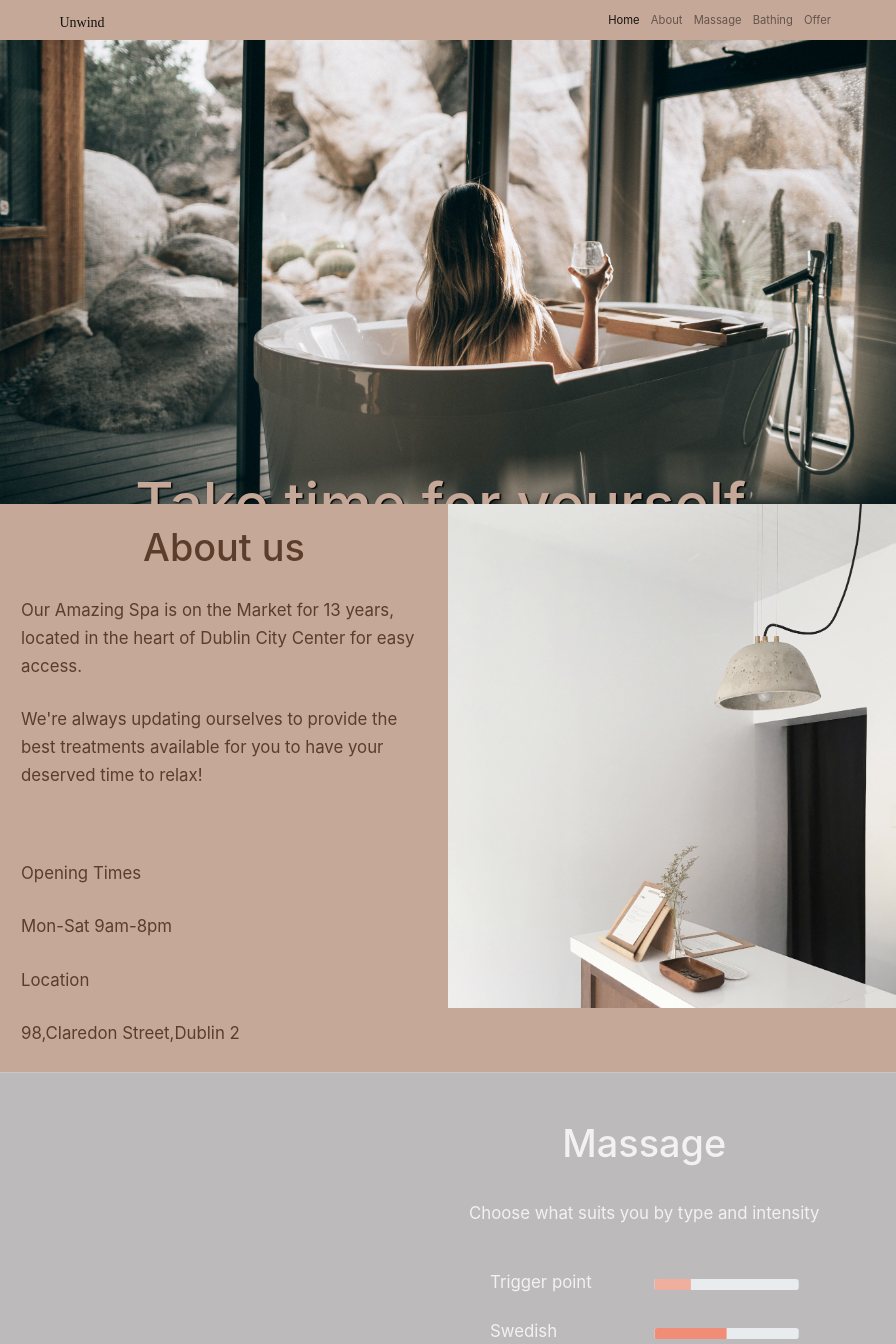
Repository: Code-Institute-Submissions/spa-website
Page: index.html
The author's editor kept a record of every edit. The page is drawn from the files as they stood at one moment, then again after the next edit.
The browser window is 1280 px wide. The pictures show the part of the page from y = 0 to 1920 px (the page is 5148 px tall), at 70% of full size.
An inner scrolling area shows only its first screen. Backgrounds fixed to the window are drawn as part of the page. Some web libraries are served in a nearby version.

Above is the page before.

### index.html
<!DOCTYPE html>
<html lang="en">

<head>
  <meta charset="UTF-8">
  <meta name="viewport" content="width=device-width, initial-scale=1.0">
  <meta http-equiv="X-UA-Compatible" content="ie=edge">
  <link rel="stylesheet" href="./libraries/bootstrap.min.css" type="text/css" />
  <link rel="stylesheet" href="https://use.fontawesome.com/releases/v5.1.1/css/all.css" integrity="sha384-O8whS3fhG2OnA5Kas0Y9l3cfpmYjapjI0E4theH4iuMD+pLhbf6JI0jIMfYcK3yZ" crossorigin="anonymous">
  <link href="https://fonts.googleapis.com/css?family=Nobile" rel="stylesheet">
  <link rel="stylesheet" href="assets/css/style.css" type="text/css" />
  <link rel="stylesheet" href="https://stackpath.bootstrapcdn.com/bootstrap/4.3.1/css/bootstrap.min.css" integrity="sha384-ggOyR0iXCbMQv3Xipma34MD+dH/1fQ784/j6cY/iJTQUOhcWr7x9JvoRxT2MZw1T" crossorigin="anonymous">
  <script src="https://code.jquery.com/jquery-3.3.1.slim.min.js" integrity="sha384-q8i/X+965DzO0rT7abK41JStQIAqVgRVzpbzo5smXKp4YfRvH+8abtTE1Pi6jizo" crossorigin="anonymous"></script>
  <script src="https://cdnjs.cloudflare.com/ajax/libs/popper.js/1.14.7/umd/popper.min.js" integrity="sha384-UO2eT0CpHqdSJQ6hJty5KVphtPhzWj9WO1clHTMGa3JDZwrnQq4sF86dIHNDz0W1" crossorigin="anonymous"></script>
  <script src="https://stackpath.bootstrapcdn.com/bootstrap/4.3.1/js/bootstrap.min.js" integrity="sha384-JjSmVgyd0p3pXB1rRibZUAYoIIy6OrQ6VrjIEaFf/nJGzIxFDsf4x0xIM+B07jRM" crossorigin="anonymous"></script>
  <title>Spa Website</title>
</head>

<body>


  <!-----------------------------Navigation Section------------------------------>

  <nav class="navbar navbar-expand-lg navbar-light fixed-top">
    <div class="container">
      <div>
        <ul class="navbar-nav ml-auto toptitle">
          <li class="nav-item">
            <a class="navbar-brand" href="#home">Unwind</a>
          </li>
        </ul>
      </div>
      <button class="navbar-toggler" type="button" data-toggle="collapse" data-target="#navbarcontent" aria-controls="navbarcontent" aria-expanded="false" aria-label="Toggle navigation">
            <span class="navbar-toggler-icon"></span>
        </button>

      <div class="collapse navbar-collapse" id="navbarcontent">
        <ul class="navbar-nav ml-auto">
          <li class="nav-item active">
            <a class="nav-link" href="#">Home
                        <span class="sr-only">(current)</span>
                    </a>
          </li>
          <li class="nav-item">
            <a class="nav-link" href="#about">About</a>
          </li>
          <li class="nav-item">
            <a class="nav-link" href="#massage">Massage</a>
          </li>
          <li class="nav-item">
            <a class="nav-link" href="#bathing">Bathing</a>
          </li>
          <li class="nav-item">
            <a class="nav-link" href="#offer">Offer</a>
          </li>
        </ul>
      </div>
    </div>
  </nav>

  <!---------------------------------Landing Page-------------------------------->

  <div class="home-area" id="home">
    <div class="home-text">
      <h1 id="titlepg">Take time for yourself.</h1>
    </div>
    <div class="button">
      <button type="button" class="btn-btn-primary btn-lg" href="#form" id="buttonpg">Book Now</button>
    </div>
  </div>


  <!----------------------------------About us---------------------------------->

  <section id="about-us" class="about-us">
    <div class="row no-gutters">
      <div class="col-12 col-md-6 d-flex align-items-center order-1 order-md-0">
        <div class="about">
          <h1 class="important">About us</h1>
          <div class="description">
            <p>Our Amazing Spa is on the Market for 13 years, located in the heart of Dublin City Center for easy access.</p>
            <p>We're always updating ourselves to provide the best treatments available for you to have your deserved time to relax!</p>
            <div class="details">
              <p>Opening Times</p>
              <p>Mon-Sat 9am-8pm</p>
              <p>Location</p>
              <p>98,Claredon Street,Dublin 2</p>
            </div>
          </div>
        </div>
      </div>
      <div class="col-12 col-md-6 order-0 order-md-1">
        <div class="vh-100 cover" id="about"></div>
      </div>
    </div>

  </section>




  <!------------------------------------Massage---------------------------------->

  <section id="massage" class="massage">
    <div class="row no-gutters">
      <div class="col-12 col-md-6 order-2">
        <div class="vh-100 cover"></div>
      </div>
      <div class="col-12 col-md-6 d-flex align-items-center order-3">
        <div id="masstop">
          <h1 class="titlemass">Massage</h1>
          <div id="secondline">
            <p>Choose what suits you by type and intensity</p>
          </div>
          <div class="containerlist">
            <div class="row">
              <div class="col-12 col-md-6">
                Trigger point
              </div>
              <div class="col-12 col-md-6" id="bar">
                <div class="progress">
                  <div class="progress-bar-low" role="progressbar" style="width: 25%" aria-valuenow="10" aria-valuemin="0" aria-valuemax="100">low</div>
                </div>
              </div>
            </div>

            <div class="row">
              <div class="col-12 col-md-6">
                Swedish
              </div>
              <div class="col-12 col-md-6" id="bar">
                <div class="progress">
                  <div class="progress-bar-medium" role="progressbar" style="width: 50%" aria-valuenow="10" aria-valuemin="0" aria-valuemax="100">medium</div>
                </div>
              </div>
            </div>


            <div class="row">
              <div class="col-12 col-md-6">
                Deep Tissue
              </div>
              <div class="col-12 col-md-6" id="bar">
                <div class="progress">
                  <div class="progress-bar-high" role="progressbar" style="width: 100%" aria-valuenow="10" aria-valuemin="0" aria-valuemax="100">high</div>
                </div>
              </div>
            </div>

            <div class="row">
              <div class="col-12 col-md-6">
                Hot Stone
              </div>
              <div class="col-12 col-md-6" id="bar">
                <div class="progress">
                  <div class="progress-bar-high" role="progressbar" style="width: 100%" aria-valuenow="10" aria-valuemin="0" aria-valuemax="100">high</div>
                </div>


              </div>
              <div class="circles">
                <div class="row">
                  <div class="col-12">
                    <span><i class="fas fa-square" id="low-square"></i> 45 minutes - €45,00</span><br>
                    <span><i class="fas fa-square" id="medium-square"></i> 60 minutes - €55,00</span><br>
                    <span><i class="fas fa-square" id="high-square"></i> 30 minutes - €65,00</i></span>
                  </div>
                </div>
              </div>
            </div>
          </div>
        </div>
      </div>

    </div>

  </section>



  <!--------------------------------------Bathing------------------------------->

  <section id="bathing" class="bathing">
    <div id="hero-bath">
      <div id="hero-overlay-bath">
        <div class="col-md-12">
          <h1 class="titlebath">Deluxe Bathing Room</h1>
          <div id="textbath">
            <span><i class="fa fa-user-alt"></i>  1 hour bath for one person- €45,00</span>
            </br>
            <span><i class="fa fa-user-friends"></i> 1 hour bath for a couple- €60,00</span>
          </div>
          <p class="bottom"> Need extra time? 50% off on the next hour</p>
        </div>
      </div>
    </div>
  </section>




  <!--------------------------------------Offer---------------------------------->
  <section id="offer" class="offer">
    <div id="hero-offer">
      <div class="container">
        <h1 id="top">Do you think it can get any better?</h1>
        <h2 id="secondtop">Check this out!</h2>
        <div class="row" id="roundpics">
          <div class="col-sm-5">
            <img src="images/massagepic.jpg" class="rounded-circle" alt="massage">
          </div>
          <div class="col-sm-2">
            <p id="signplus">+</p>
          </div>
          <div class="col-sm-5">
            <img src="./images/bath.jpg" class="rounded-circle" alt="bath">
          </div>
          <p id="bottom">Buy any massage plus 1 hour bath and get 25% off the total price</p>
        </div>


  </section>

  <!--------------------------------------Form--------------->
  <section id="form" class="form">
    <div id="hero-cal">
      <div id="hero-overlay-cal">
        <h1 class="formt">Sign Up to book a day for you</h1>
        <form>
          <div class="form-group">
            <label for="InputName">Name</label>
            <input type="name" class="form-control" id="InputName" placeholder="Enter name">
          </div>
          <div class="form-group">
            <label for="InputEmail1">Email address</label>
            <input type="email" class="form-control" id="InputEmail1" aria-describedby="emailHelp" placeholder="Enter email">

          </div>
          <div class="form-group">
            <label for="InputPassword1">Password</label>
            <input type="password" class="form-control" id="InputPassword1" placeholder="Password">
          </div>
          <button type="submit" class="btn btn-primary btn-lg" id="buttonform">Sign Up</button>
        </form>
      </div>
    </div>
    </div>
  </section>



  <!------------Footer---------->
  <section id="footer" class="footer">
    <div class="text-center center-block">
      <p class="txt-footer">- unwind.com -</p>
      <br />
      <a href="https://www.facebook.com"><i class="fab fa-facebook-f"></i></a>
      <a href="https://instagram.com"><i class="fab fa-instagram"></i></a>
      <a href="mailto:unwindnow@gmail.com"><i class="far fa-envelope"></i></a>
    </div>
  </section>
  <!-----------------------------------------end---------------------------->
  <script src="https://ajax.googleapis.com/ajax/libs/jquery/3.4.0/jquery.min.js "></script>
  <script type="text/javascript " src="./libraries/bootstrap.min.js "></script>

</body>

</html>

### assets/css/style.css
@import url('https://fonts.googleapis.com/css?family=Montserrat:400,700');

body {
  overflow-x: hidden;
  margin: 0 auto;
}

/*-----Navigation bar----*/

nav {
  color: #f1f1f1;
  background-color: #C6A898;
}

.navbar-brand {
  height: 2rem;
  color: #f2f2f2;
  font-family: segoe print;
  font-size: 32px;
  padding-bottom: 30px;
}

.toptitle {
  list-style: none;
}




/*------Landing Page----*/

.home-area {
  background: url('../../images/landing.jpg');
  background-position: center center;
  -webkit-background-size: cover;
  background-size: cover;
  height: 100vh;
  overflow-x: hidden;
}

.home-text {
  margin: 0 auto;
  text-align: center;
  height: auto;
}

#titlepg {
  margin-top: 45%;
  font-size: 84px;
  padding: 30px;
  color: #C6A898;
  text-shadow: 2px 1px 2px black;

}

#buttonpg {
  background-color: #f2f2f2;
  color: #5C3C2A;
  border-color: #f2f2f2;
  font-weight: bold;
  display: block;
  margin: 0 auto;
  margin-top: 10%;


}

@media (min-width: 600px) {
  #buttonpg {
    margin-top: 20%;
    font-size: 36px;
    padding: 14px 40px;
  }

  #titlepg {
    margin-top: 40%;
  }
}

@media (max-width: 360px) {
  #titlepg {
    font-size: 54px;

  }

  #buttonpg {
    margin-top: 20%;

  }
}

@media (min-width: 1024px) {
  #titlepg {
    margin-top: 50%;
  }
}




/*--------------About Us----------*/

#about {
  background-attachment: fixed;
  background-image: url(' ../../images/aboutus.jpg');
  background-size: cover;
  background-repeat: no-repeat;
  position: relative;
  padding: 30px;
}

.about-us {
  background-color: #C6A898;
  margin: 0px;
}

.abouttxt {
  margin: 30px;

}

.important {
  padding: 40px 30px 40px;
  text-align: center;
  color: #5C3C2A;
  font-size: 54px;
  line-height: 44px;
}

.description p {
  padding: 0px 30px 20px;
  text-align: left;
  font-size: 24px;
  color: #5C3C2A;
  line-height: 40px;

}

.details {

  bottom: 0;
  padding-top: 10%;
  font-size: 1rem;

}

.details p {
  text-align: left;
  color: #5C3C2A;

}

@media (min-width: 700px) and (max-width: 1000px) {
  .description p {
    line-height: 30px;

  }
}




/*------------------Massage---------------*/

#cover {
  background-attachment: fixed;
  background-image: url('../../images/massagepic.jpg');
  background-size: cover;
  background-repeat: no-repeat;
  position: relative;
  padding: 30px;
  margin: 0px;
}



#massage {
  background-color: #BCBABA;
  color: #f2f2f2;
  margin: 0px;
}

#masstop {
  margin: 30px;
}

.titlemass {
  font-size: 54px;
  color: #f2f2f2;
  text-align: center;
  padding: 40px 30px 40px;

}

#secondline {
  font-size: 24px;
  color: #f2f2f2;
  text-align: center;
}

.containerlist {
  width: 100%;
  height: 100%;
  font-size: 24px;
  line-height: 70px;
  padding: 30px;
}

#bar {
  margin-top: 30px;
}

.progress-bar-low {
  background-color: #EFAE9E;
  color: #f2f2f2;
}

.progress-bar-medium {
  background-color: #F18C76;
}

.progress-bar-high {
  background-color: #FE6640;
}

.circles {
  padding-top: 30px;
}

#low-square {
  color: #EFAE9E;
}

#medium-square {
  color: #F18C76;
}

#high-square {
  color: #FE6640;
}

tbody {
  font-weight: normal;
  font-size: 36px;
  color: #f2f2f2;
}

thead {
  font-size: 36px;
  color: #f2f2f2;
}



@media (max-width: 320px) {
  .containerlist {
    font-size: 18px;
  }
}

@media (min-width: 700px) and (max-width:1000px) {
  .containerlist {
    padding: 10px;
  }
}

/*------------Bathing---------*/

bathing {
  margin: 0px;
}

#hero-bath {
  background-image: url('../../images/bath.jpg');
  background-size: cover;
  background-position: center center;
  position: relative;
  top: 0;
  bottom: 0;
  height: 100vh;
  z-index: -10;
}

#hero-overlay-bath {
  position: absolute;
  background-color: rgba(0, 0, 0, 0.5);
  top: 0px;
  bottom: 0px;
  height: 100%;
  width: 100%;
  z-index: -5;
}

#textbath {
  color: #f2f2f2;
  display: block;
  margin: 0 auto;
  padding: 30px;
  padding-top: 130px;
}

.titlebath {
  font-size: 48px;
  text-align: center;
  color: #f2f2f2;
  margin-top: 70px;

}

.bottom {
  color: #f2f2f2;
  font-size: 24px;
  padding-top: 200px;
  text-align: center;

}

@media (min-width: 600px) and (max-width: 1000px) {
  #textbath {
    font-size: 24px;
    padding: 70px;
    padding-top: 240px;
    margin-left: 5%;
  }

  .bottom {
    font-size: 36px;

    padding-top: 240px;
  }

  .titlebath {
    font-size: 54px;
    margin-top: 130px;

  }
}

@media (max-width: 320px) {
  .bottom {
    font-size: 18px;
    padding-top: 50px;
    padding-bottom: 30px;
  }

  .titlebath {
    font-size: 48px;
    margin-top: 50px;
  }

  #textbath {
    font-size: 18px;
    padding: 5px;
    padding-top: 60px;
    margin-left: 5%;
  }
}

@media (min-width: 1000px) {
  .titlebath {
    margin-top: 150px;
  }

  #textbath {
    font-size: 36px;
    padding: 30px;
    padding-top: 350px;
    margin-left: 5%;
  }

  .bottom {
    font-size: 36px;
    padding-top: 450px;
    padding-bottom: 30px;
  }
}

@media (min-height: 640px) and (max-height: 730px) {
  .bottom {
    padding-top: 100px;
    padding-bottom: 30px;
  }
}

/*-----------Offer----------*/

#hero-offer {
  background-image: url('../../images/backgroundflwr.jpg');
  background-size: cover;
  background-position: center center;
  position: relative;
  top: 0;
  bottom: 0;
  height: 100vh;
  z-index: -10;
}

#roundpics {
  width: 100%;
  margin: 0 auto;
  overflow: hidden;
  align-items: center;
  justify-content: space-around;
  display: flex;
  float: none;
}

.rounded-circle {
  width: 200px;
  height: 200px;
  display: block;
  margin: 0 auto;
  padding: 20px;
}

offer {
  margin: 0px;
}

#top {
  font-size: 40px;
  color: #5C3C2A;
  text-align: center;
  padding-top: 15%;


}

#secondtop {
  font-size: 40px;
  color: #B7927E;
  text-align: center;
}

#bottom {
  font-size: 18px;
  color: #5C3C2A;
  text-align: center;
  font-weight: bold;
  padding: 20px;

}

#signplus {
  text-align: center;
  font-weight: bold;
  font-size: 40px;

}

@media (max-width: 320px) {
  #bottom {
    font-size: 12px;
    padding-top: 0px;
  }

  #signplus {
    padding: 0px;
  }
}

@media (min-width: 700px) and (max-width: 1000px) {
  .rounded-circle {
    width: 280px;
    height: 280px;
  }

  #roundpics {
    margin-top: 160px;
  }

  #bottom {
    font-size: 36px;
    margin: 0 auto;
    margin-top: 150px;
  }
}

@media (min-width: 1000px) {
  .rounded-circle {
    width: 380px;
    height: 380px;
    margin-top: 10px;


  }

  #roundpics {
    margin-top: 190px;
  }

  #signplus {
    padding-top: 70px;
    padding-left: 10px;
  }

  #bottom {
    font-size: 36px;
    margin: 0 auto;
    margin-top: 220px;
  }
}

@media (max-height: 670px) {
  #top {
    font-size: 18px;
    padding-top: 15%;
  }

  .rounded-circle {
    width: 160px;
    height: 160px;
    display: block;
    margin: 0 auto;

  }

  #signplus {
    font-size: 18px;

  }

  #bottom {
    font-size: 18px;
    margin-top: 10px;
  }

  #secondtop {
    font-size: 18px;
  }


}

@media (min-height: 730px) and (max-height: 736px) {
  #top,
  #secondtop {
    font-size: 24px;



  }

}


/*----------Form----------*/

form {
  margin: 0px;
}

#hero-cal {
  background-attachment: fixed;
  background-image: url('../../images/calendar.jpg');
  background-size: cover;
  background-position: center center;
  position: relative;
  top: 0;
  bottom: 0;
  height: 100vh;
  z-index: -10;
}

#hero-overlay-cal {
  position: absolute;
  background-color: rgba(0, 0, 0, 0.5);
  top: 0px;
  bottom: 0px;
  height: 100%;
  width: 100%;
  z-index: -5;
}

form {
  padding: 15%;

}


.formt {
  color: #f2f2f2;
  font-size: 48px;
  padding-top: 15%;
  text-align: center;
}

.form-group {
  color: #f2f2f2;
  font-size: 30px;
  text-align: left;
  margin-top: 30px;

}

#buttonform {
  background-color: #f2f2f2;
  color: #5C3C2A;
  border-color: #f2f2f2;
  font-weight: bold;
  display: block;
  margin: 0 auto;
  margin-top: 40px;
}

@media (min-width: 600px) {
  #buttonform {
    margin-top: 30%;
    padding: 14px 40px;

  }

}

@media (max-width: 360px) {

  .formt {
    font-size: 24px;
    padding-top: 15%;

  }

  .form-group {
    font-size: 18px;
    margin-top: 1px;
  }
}

@media (min-width: 1000px) {
  .form-group {
    font-size: 36px;
  }

  #buttonform {
    font-size: 36px;
    font-weight: bold;
  }

}

@media (min-height: 666px) and (max-height: 737px) {
  .form-group {

margin-top: 5px;

  }
}

/*--------Footer------*/



#footer {
  background-color: #C6A898;
}

.txt-footer {
  color: #f2f2f2;
}

.fab, .far {
  color: #f2f2f2;
  padding: 10px;
  font-size: 30px;
  width: 50px;
  text-align: center;
  text-decoration: none;

}

Loaded but not shown: libraries/bootstrap.min.css (library); libraries/bootstrap.min.js (library)

After the next edit:
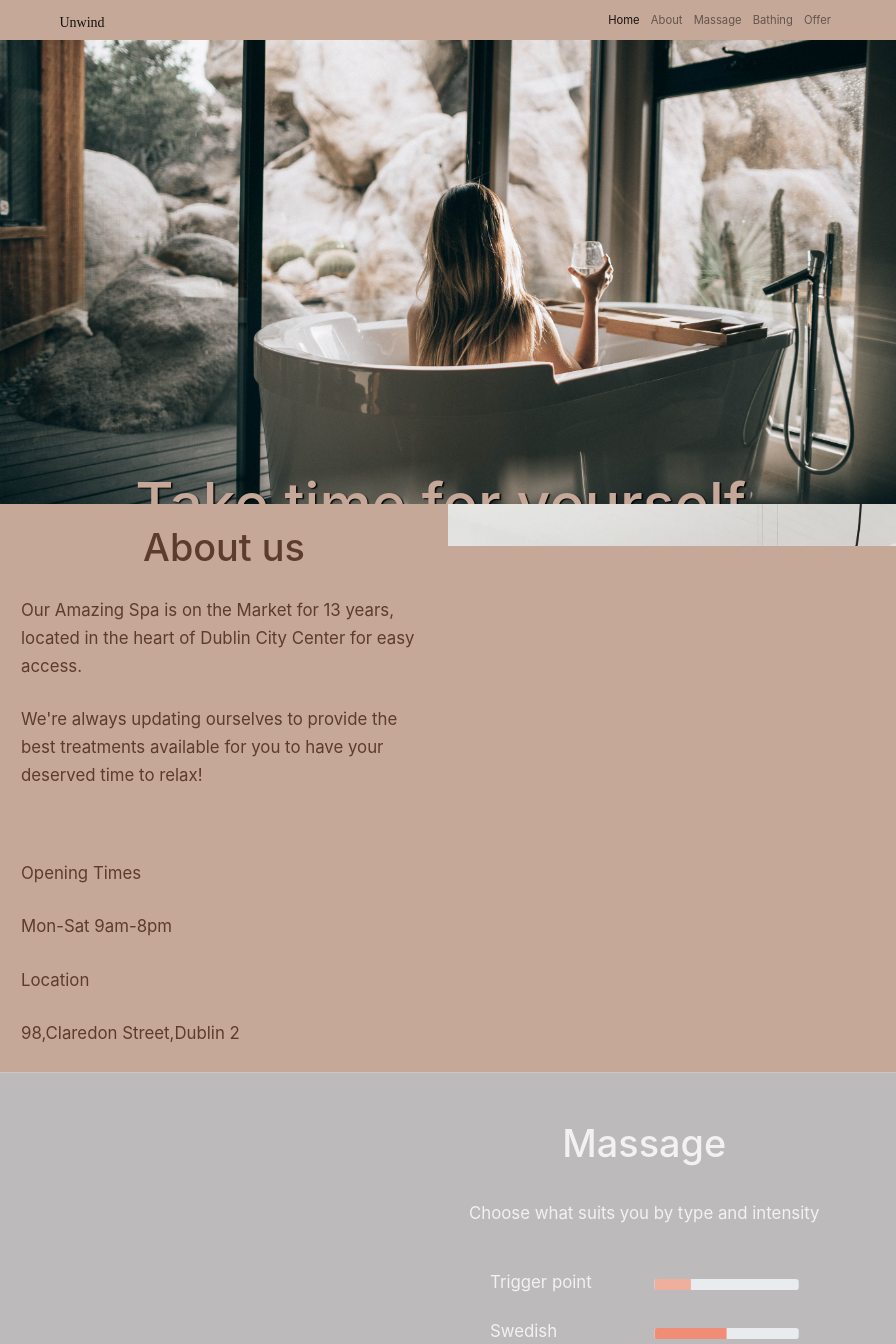
The edit:
--- a/index.html
+++ b/index.html
@@ -90,7 +90,7 @@
         </div>
       </div>
       <div class="col-12 col-md-6 order-0 order-md-1">
-        <div class="vh-100 cover" id="about"></div>
+        <div id="about"></div>
       </div>
     </div>
 
